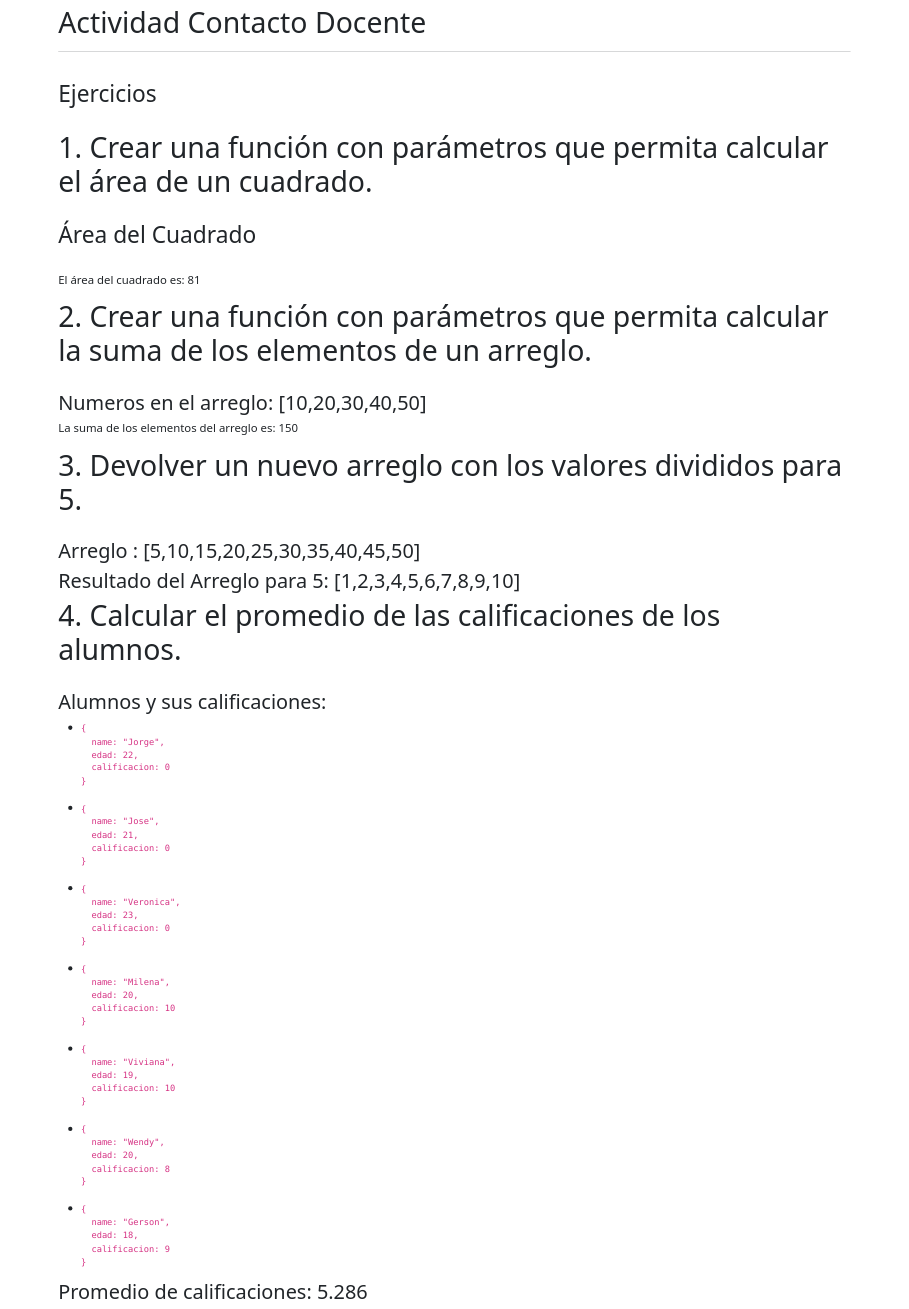
Repository: Jchimbo99/Actvidad1
Page: / (app in typescript-actividad/)
The author's editor kept a copy of each file at every save. The page is drawn from the files as they stood at one save, then again after the next save.
The browser window is 1280 px wide. The pictures show the whole page, at 71% of full size.
The project was rebuilt for these pictures with package versions that can differ from the ones it lists, and the page was loaded fresh each time. Also part of the build but not shown: typescript-actividad/vite.config.ts.

Above is the page before, as saved 2025-01-22 21:09:20.

### typescript-actividad/index.html
<!doctype html>
<html lang="en">
  <head>
    <meta charset="UTF-8" />
    <link rel="icon" type="image/svg+xml" href="/vite.svg" />
    <meta name="viewport" content="width=device-width, initial-scale=1.0" />
    <link href="https://cdn.jsdelivr.net/npm/bootstrap@5.3.3/dist/css/bootstrap.min.css" rel="stylesheet" integrity="sha384-QWTKZyjpPEjISv5WaRU9OFeRpok6YctnYmDr5pNlyT2bRjXh0JMhjY6hW+ALEwIH" crossorigin="anonymous">

    <title>Activididad Jch</title>
  </head>
  <body class="container">
    <div id="root"></div>
    <script type="module" src="/src/main.tsx"></script>
  </body>
</html>

### typescript-actividad/src/App.tsx
import { AreaCuadrado } from "./typescript/AreaCuadrado";
import { SumaArreglo } from "./typescript/Arreglo";
import { ArreglosDivision } from "./typescript/ArreglosDivision";
import { PromedioCalificaciones } from "./typescript/PromedioCalificaciones";

export const App = () => {
  return (

    <div className="mt-2">
      <h1>Actividad Contacto Docente</h1>
      <hr />
      <br />
      <h2>Ejercicios</h2>
      <br />

      <AreaCuadrado/>

      <SumaArreglo/>
      <ArreglosDivision/>
      <PromedioCalificaciones/>
      </div>
  )
}


export default App;

### typescript-actividad/src/typescript/AreaCuadrado.tsx
export const AreaCuadrado = () => {
    const lado = 9;
    const area = lado * lado;

    return (
        <div>

            <h1>1.	Crear una función con parámetros que permita calcular el área de un cuadrado.</h1>
            <br />
            <h2>Área del Cuadrado</h2>
            <br />
            <p>El área del cuadrado es: {area}</p>
        </div>
    );
}

### typescript-actividad/src/typescript/Arreglo.tsx
export const SumaArreglo = () => {

    const numeros = [10, 20, 30, 40, 50];

    const calcularSuma = (numeros: number[]): number => {
        return numeros.reduce((total, numero) => total + numero, 0);
    }

    const totalSuma = calcularSuma(numeros);

    return (
        <div>
            <h1>2. Crear una función con parámetros que permita calcular la suma de los elementos de un arreglo.</h1>
            <br />
            <h3>Numeros en el arreglo: {JSON.stringify(numeros)}</h3>
            <p>La suma de los elementos del arreglo es: {totalSuma}</p>
        </div>
    );
}

### typescript-actividad/src/typescript/ArreglosDivision.tsx
export const ArreglosDivision = () => {
    const arreglo = [5, 10, 15, 20, 25, 30, 35, 40, 45, 50];

    const arregloDividido = arreglo.map((valor) => valor / 5);

    return (
        <div>
            <h1>3. Devolver un nuevo arreglo con los valores divididos para 5.</h1>
            <br />
            <h3>Arreglo : {JSON.stringify(arreglo)}</h3>
            <h3>Resultado del Arreglo para  5: {JSON.stringify(arregloDividido)}</h3>
        </div>
    );
}

### typescript-actividad/src/typescript/PromedioCalificaciones.tsx
interface Alumnos {
    name: string;
    edad: number;
    calificacion: number;
}

export const PromedioCalificaciones = () => {
    const alumnos: Alumnos[] = [
        {
            name: "Jorge",
            edad: 22,
            calificacion: 0,
        },
        {
            name: "Jose",
            edad: 21,
            calificacion: 0,
        },
        {
            name: "Veronica",
            edad: 23,
            calificacion: 0,
        },
        {
            name: "Milena",
            edad: 20,
            calificacion: 10,
        },
        {
            name: "Viviana",
            edad: 19,
            calificacion: 10,
        },
        {
            name: "Wendy",
            edad: 20,
            calificacion: 8,
        },
        {
            name: "Gerson",
            edad: 18,
            calificacion: 9,
        },
    ];

    // Función para calcular el promedio de las calificaciones
    const calcularPromedio = (alumnos: Alumnos[]): number => {
        const sumaCalificaciones = alumnos.reduce((total, alumno) => total + alumno.calificacion, 0);
        return sumaCalificaciones / alumnos.length;
    };

    const promedio = calcularPromedio(alumnos);

    return (
        <div>
            <h1>4. Calcular el promedio de las calificaciones de los alumnos.</h1>
            <br />
            <h3>Alumnos y sus calificaciones:</h3>
            <ul>
                {alumnos.map((alumno) => (
                    <li key={alumno.name}>
                        <code>
                            <pre>{`{\n  name: "${alumno.name}",\n  edad: ${alumno.edad},\n  calificacion: ${alumno.calificacion}\n}`}</pre>
                        </code>
                    </li>
                ))}
            </ul>
            <h3>Promedio de calificaciones: {promedio.toFixed(3)}</h3>
        </div>
    );
};

Loaded but not shown: typescript-actividad/src/main.tsx (common file)

After the next save:
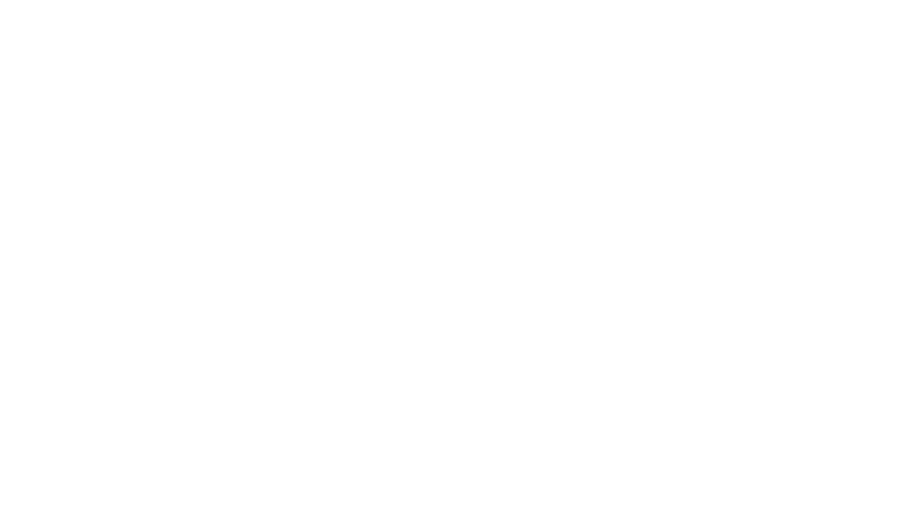
Console error: TypeError: alumnos2.length is not a function
Saved 19 s later.
--- a/typescript-actividad/src/typescript/PromedioCalificaciones.tsx
+++ b/typescript-actividad/src/typescript/PromedioCalificaciones.tsx
@@ -46,7 +46,7 @@
     // Función para calcular el promedio de las calificaciones
     const calcularPromedio = (alumnos: Alumnos[]): number => {
         const sumaCalificaciones = alumnos.reduce((total, alumno) => total + alumno.calificacion, 0);
-        return sumaCalificaciones / alumnos.length;
+        return sumaCalificaciones / alumnos.length(3);
     };
 
     const promedio = calcularPromedio(alumnos);

After the save that followed:
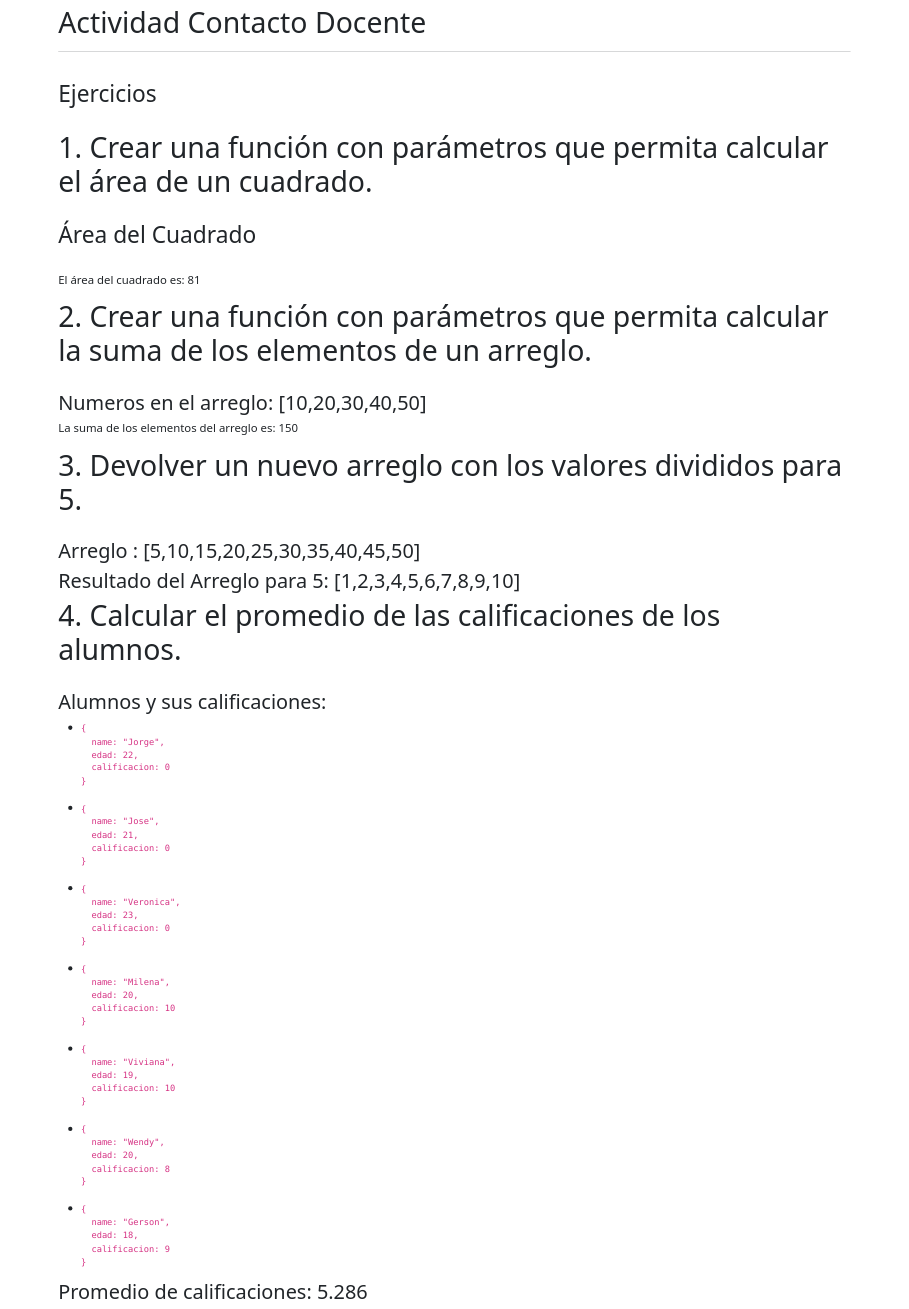
The error is gone.
Saved 4 s later.
--- a/typescript-actividad/src/typescript/PromedioCalificaciones.tsx
+++ b/typescript-actividad/src/typescript/PromedioCalificaciones.tsx
@@ -46,7 +46,7 @@
     // Función para calcular el promedio de las calificaciones
     const calcularPromedio = (alumnos: Alumnos[]): number => {
         const sumaCalificaciones = alumnos.reduce((total, alumno) => total + alumno.calificacion, 0);
-        return sumaCalificaciones / alumnos.length(3);
+        return sumaCalificaciones / alumnos.length;
     };
 
     const promedio = calcularPromedio(alumnos);
